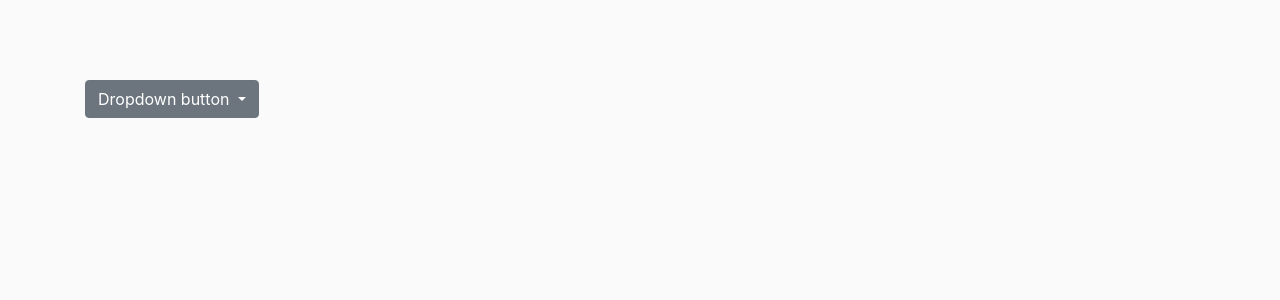
Repository: khanhdk0000/first_proj
Page: http://localhost/
The author's editor kept a copy of each file at every save. The page is drawn from the files as they stood at one save, then again after the next save.
The browser window is 1280 px wide. The pictures show the whole page.
Some web libraries are served in a nearby version. The page is served by the project's application, run on Flask 3 (flaskblog.py).

Above is the page before, as saved 2021-05-25 09:59:09.

After the next save:
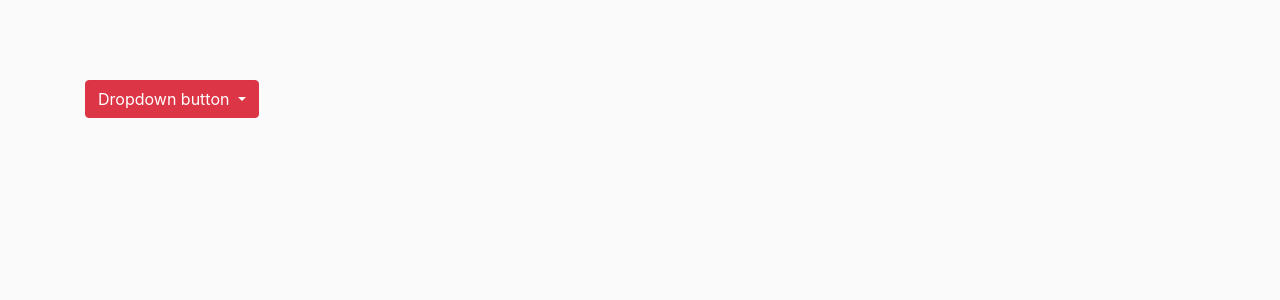
Saved 28 s later.
--- a/templates/home.html
+++ b/templates/home.html
@@ -2,7 +2,7 @@
 {% block content %}
 
     <div class="dropdown">
-        <button class="btn btn-secondary dropdown-toggle" type="button" id="dropdownMenuButton" data-toggle="dropdown" aria-haspopup="true" aria-expanded="false">
+        <button class="btn btn-danger dropdown-toggle" type="button" id="dropdownMenuButton" data-toggle="dropdown" aria-haspopup="true" aria-expanded="false">
           Dropdown button
         </button>
         <div class="dropdown-menu" aria-labelledby="dropdownMenuButton">
